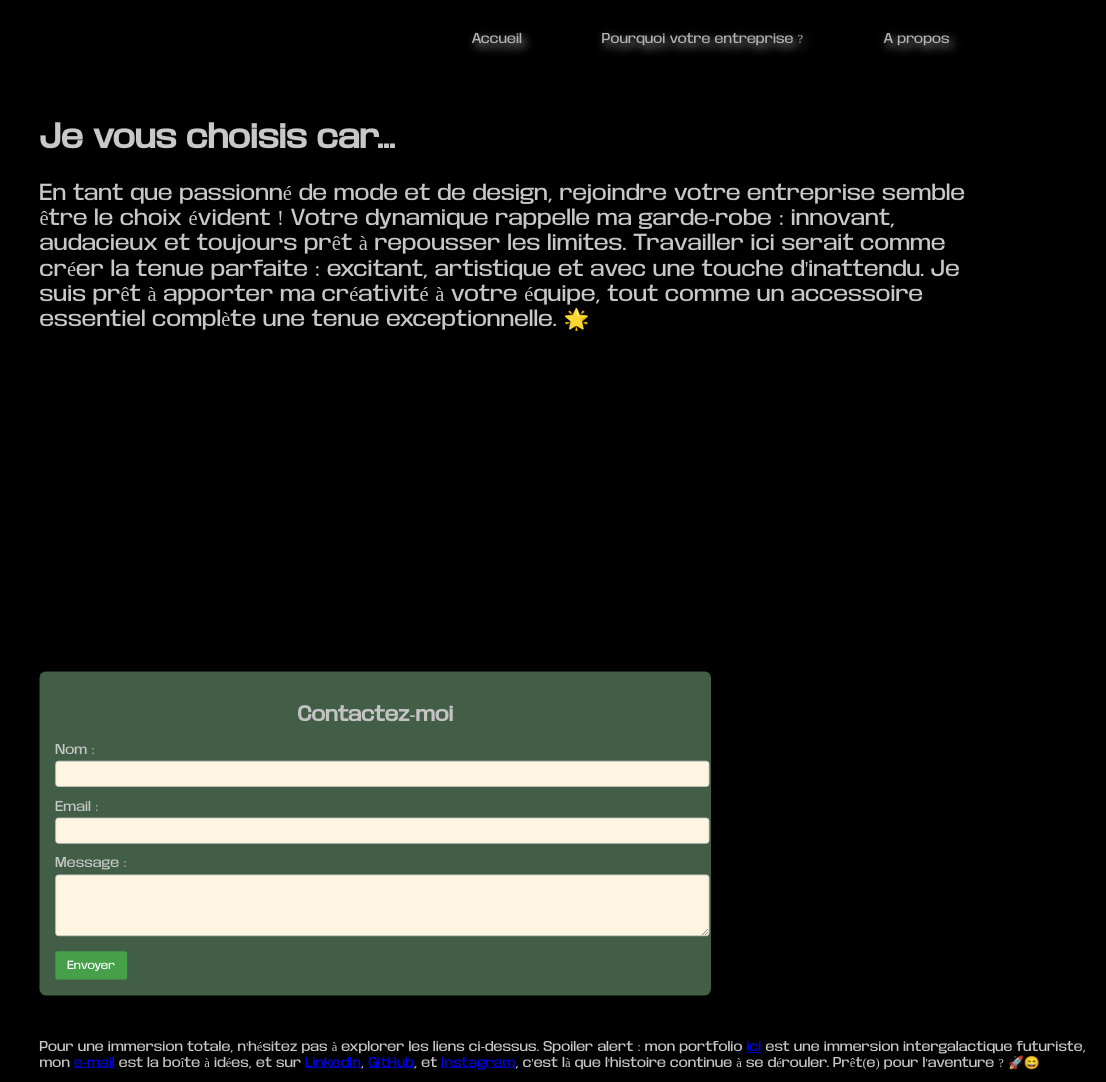
Repository: inessben/application
Page: about/about.html
These files come from the project's save history. The page is drawn as it stood at one moment and after the next save; the edit follows.
The browser window is 1280 px wide. The page is 1400 px wide, so the pictures cover 1400 px, including what lies to the right of the window. The pictures show the whole page, at 79% of full size.

Above is the page before, as saved 2023-12-03 22:41:20.

After the next save:
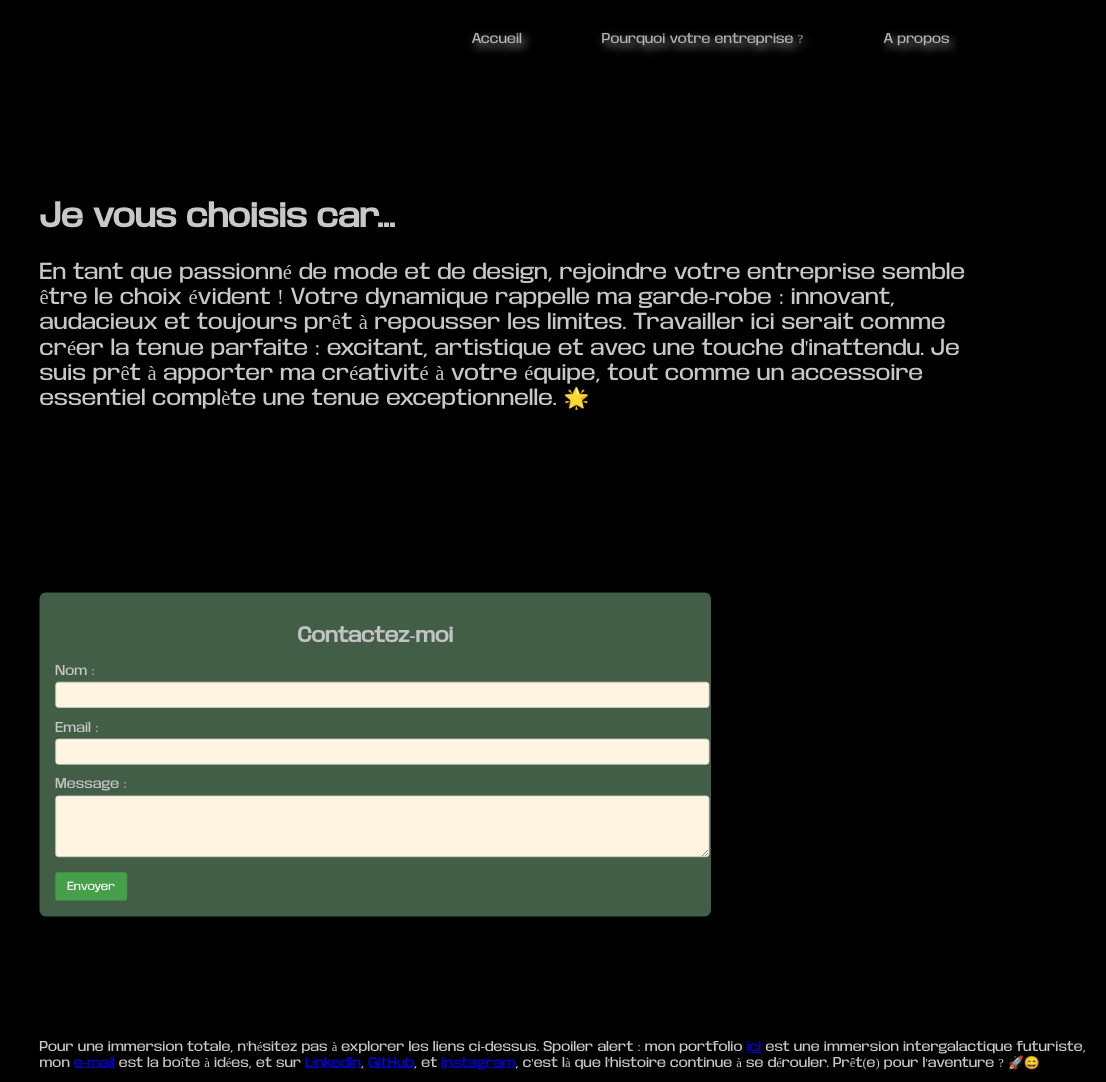
Saved 64 s later.
--- a/about/about.css
+++ b/about/about.css
@@ -36,7 +36,6 @@ body {
     text-decoration: none;
     color: #b3b3b3;
     margin: auto 40px;
-    margin-bottom: 100px;
     }
 
 .link:hover {
@@ -45,7 +44,7 @@ body {
 
 #description{
     position: relative;
-    top: 100px;
+    top: 200px;
     font-size: 26px;
     margin: 50px;
     width: 1200px;
@@ -55,7 +54,7 @@ body {
 #contact-form-container {
     position: absolute;
     margin: 50px;
-    top: 800px;
+    top: 700px;
     width: 850px;
     }
 
